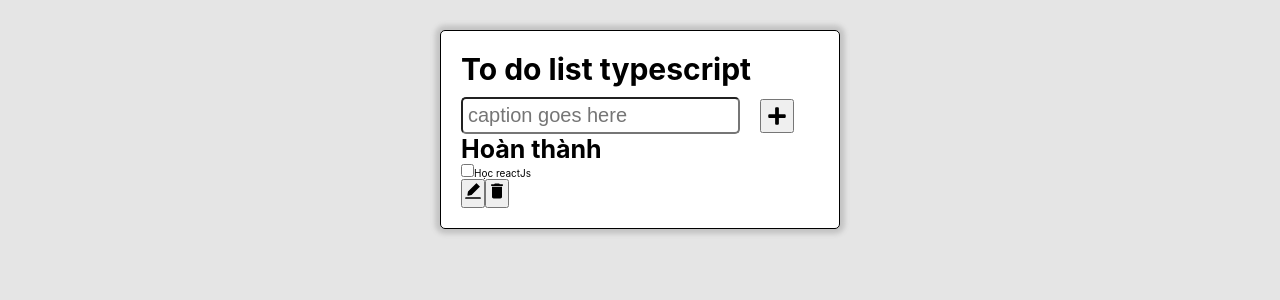
Repository: Nhatktvn/TodoListReactTs
Page: /
An editor plug-in stored every save of this project. The page is shown before and after the next save, followed by the edit.
The browser window is 1280 px wide. The pictures show the whole page.
The project was rebuilt for these pictures with package versions that can differ from the ones it lists, and the page was loaded fresh each time.

Above is the page before, as saved 2023-11-08 08:57:57.

### src/index.css
* {
  margin: 0;
  padding: 0;
  box-sizing: border-box;
}

html {
  font-size: 10px;
  --font-size: 2rem;
}

body {
  margin: 0;
  font-family: -apple-system, BlinkMacSystemFont, 'Segoe UI', 'Roboto', 'Oxygen', 'Ubuntu', 'Cantarell', 'Fira Sans',
    'Droid Sans', 'Helvetica Neue', sans-serif;
  -webkit-font-smoothing: antialiased;
  -moz-osx-font-smoothing: grayscale;
  background-color: #e5e5e5;
}

input,
button {
  font-size: var(--font-size);
}
code {
  font-family: source-code-pro, Menlo, Monaco, Consolas, 'Courier New', monospace;
}

### src/App.tsx
import React from 'react'
import './App.css'
import TodoList from './components/TodoList/TodoList'

function App() {
  return (
    <div className='App'>
      <TodoList />
    </div>
  )
}

export default App

### src/components/TodoList/TodoList.tsx
import React from 'react'
import styles from './todoList.module.scss'
import TaskInput from '../TaskInput/TaskInput'
import TaskList from '../TaskList/TaskList'
export default function TodoList() {
  return (
    <div className={styles.todoList}>
      <div className={styles.todoListContainer}>
        <TaskInput />
        <TaskList />
      </div>
    </div>
  )
}

### src/components/TodoList/todoList.module.scss
.todoList {
  padding: 3rem;
}
.todoListContainer {
  background-color: #fff;
  padding: 2rem;
  max-width: 40rem;
  border-radius: 5px;
  margin: 0 auto;
  border: 1px solid #000;
  box-shadow: 0px 0px 5px 5px #c4c4c4;
  text-align: left;
}

### src/components/TaskInput/TaskInput.tsx
import React from 'react'
import styles from './taskInput.module.scss'
import { FaPlus } from 'react-icons/fa'
export default function TaskInput() {
  return (
    <div>
      <h1 className={styles.title}>To do list typescript</h1>
      <form className={styles.form}>
        <input type='text' placeholder='caption goes here' />
        <button type='submit'>
          <FaPlus />
        </button>
      </form>
    </div>
  )
}

### src/components/TaskList/TaskList.tsx
import React from 'react'
import styles from './tasklist.module.scss'
import { AiFillEdit } from 'react-icons/ai'
import { MdDelete } from 'react-icons/md'
export default function TaskList() {
  return (
    <div>
      <h2 className={styles.title}>Hoàn thành</h2>
      <div className={styles.tasks}>
        <div className={styles.task}>
          <input type='checkbox' />
          <span>Học reactJs</span>
          <div className={styles.taskAction}>
            <button className={styles.btn}>
              <AiFillEdit />
            </button>
            <button className={styles.btn}>
              <MdDelete />
            </button>
          </div>
        </div>
      </div>
    </div>
  )
}

### src/components/TaskInput/taskInput.module.scss
.title {
  font-size: 3rem;
  margin-bottom: 1rem;
}

.form {
  display: flex;
  justify-content: left;
  align-items: center;
  gap: 2rem;
  input {
    padding: 5px;
    border-radius: 5px;
  }
  button {
    flex-shrink: 0;
    cursor: pointer;
    display: flex;
    justify-content: center;
    align-items: center;
    padding: 5px;
  }
}

### src/components/TaskList/tasklist.module.scss
.title {
  font-size: 2.5rem;
}

Loaded but not shown: public/index.html (common file); src/index.tsx (common file); src/reportWebVitals.ts (common file); src/App.css (common file)

After the next save:
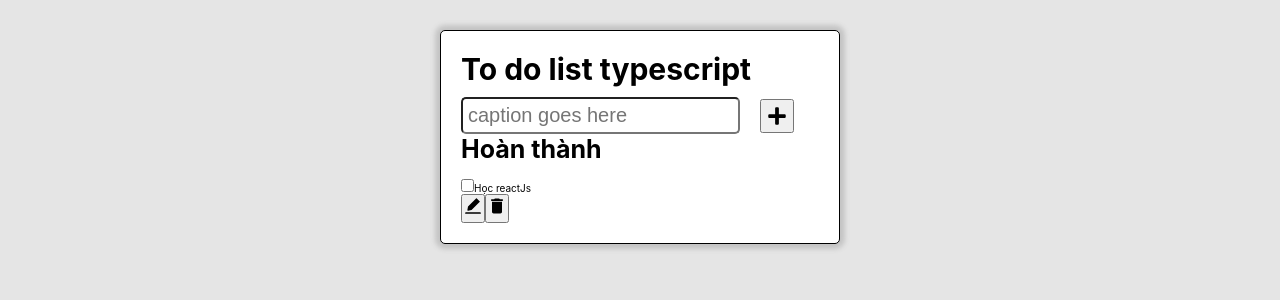
Saved 13 s later.
--- a/src/components/TaskList/tasklist.module.scss
+++ b/src/components/TaskList/tasklist.module.scss
@@ -1,3 +1,4 @@
 .title {
   font-size: 2.5rem;
+  margin-bottom: 1.5rem;
 }
